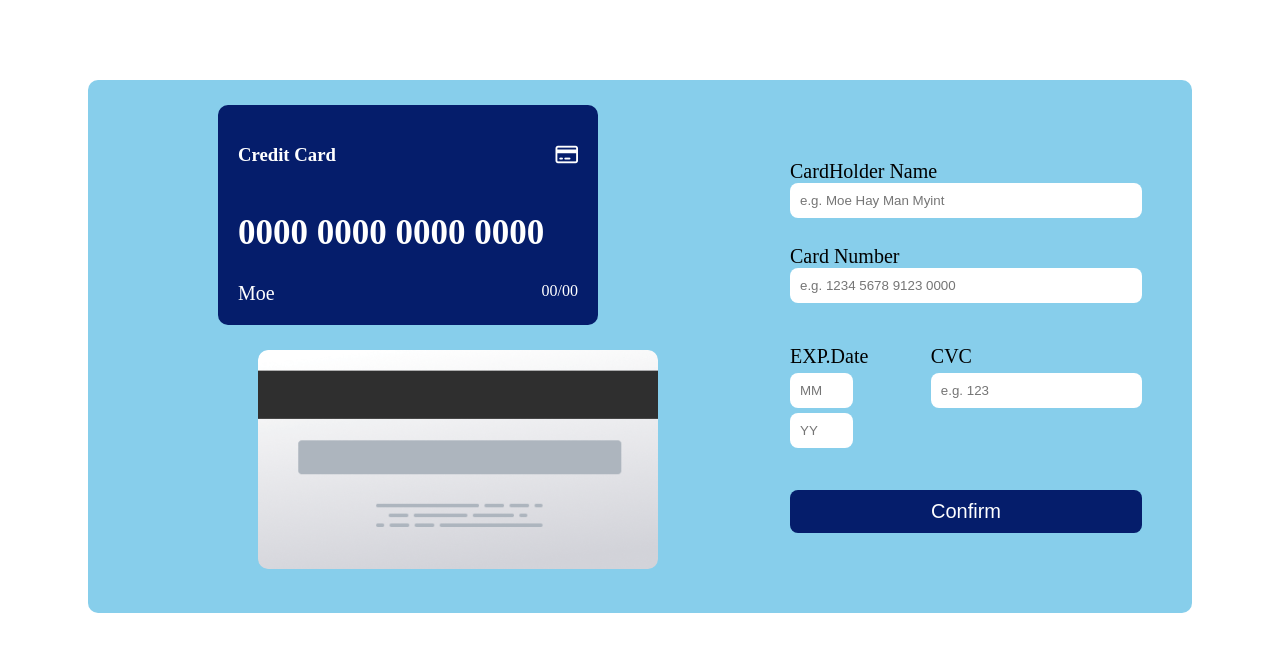
Repository: moehaymanmyint/Interactive-Card-Details-Form
Page: index.html
The author's editor kept a copy of each file at every save. The page is drawn from the files as they stood at one save, then again after the next save.
The browser window is 1280 px wide. The pictures show the whole page.
Some web libraries are served in a nearby version.

Above is the page before, as saved 2024-10-18 21:20:37.

After the next save:
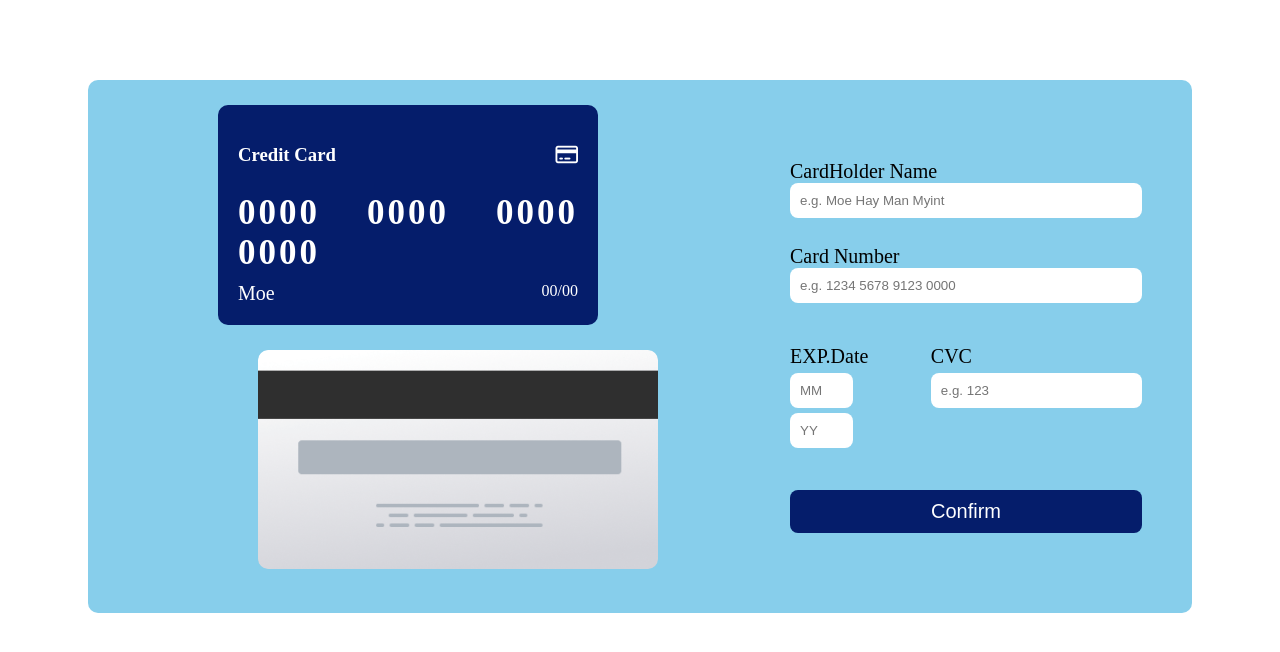
Saved 12 s later.
--- a/style.css
+++ b/style.css
@@ -43,6 +43,7 @@
 
 .front-card .number{
     font-size: 35px;
+    letter-spacing: 3px;
     font-weight: bold;
 }
 
